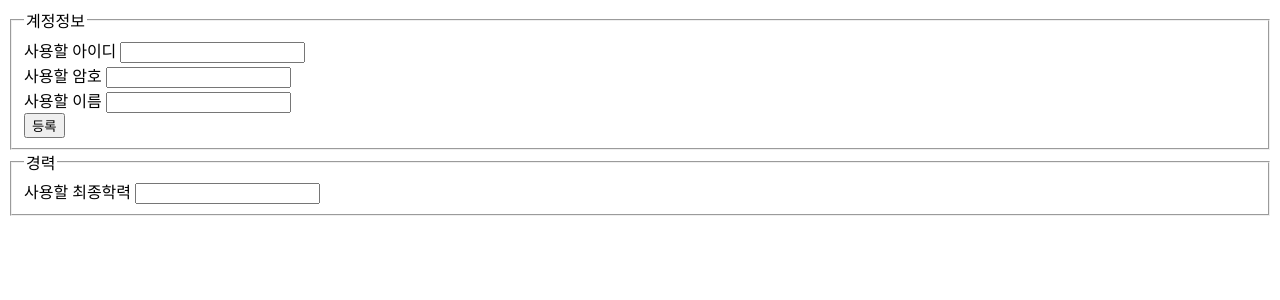
Repository: ybshim90/sesac1
Page: day_20211217_01_web/src/main/webapp/regist.html
The author's editor kept a copy of each file at every save. The page is drawn from the files as they stood at one save, then again after the next save.
The browser window is 1280 px wide. The pictures show the whole page.

Above is the page before, as saved 2021-12-17 05:23:21.

After the next save:
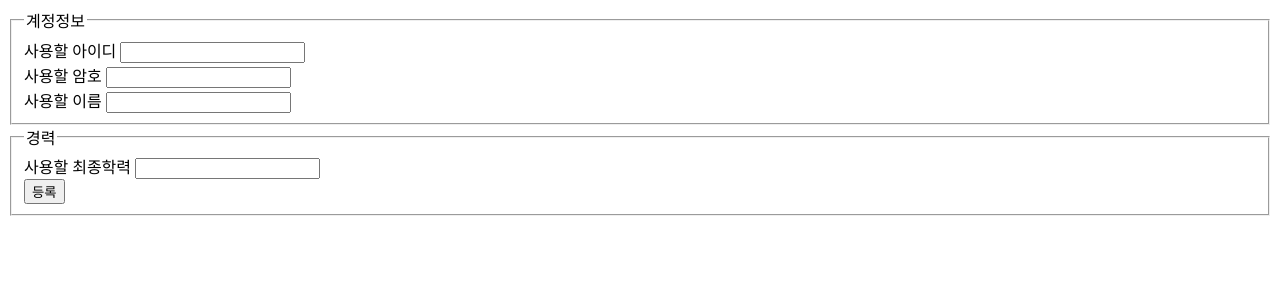
Saved 12 s later.
--- a/day_20211217_01_web/src/main/webapp/regist.html
+++ b/day_20211217_01_web/src/main/webapp/regist.html
@@ -19,13 +19,15 @@
 				사용할 이름
 				<input type="text" name="memname"><br>
 
-				<input type="submit" value="등록">
 			</fieldset>
 
 			<fieldset>
 				<legend>경력</legend>
 				사용할 최종학력
 				<input type="text" name="memgrade"><br>
+
+
+				<input type="submit" value="등록">
 			</fieldset>
 		</form>
 	</body>
